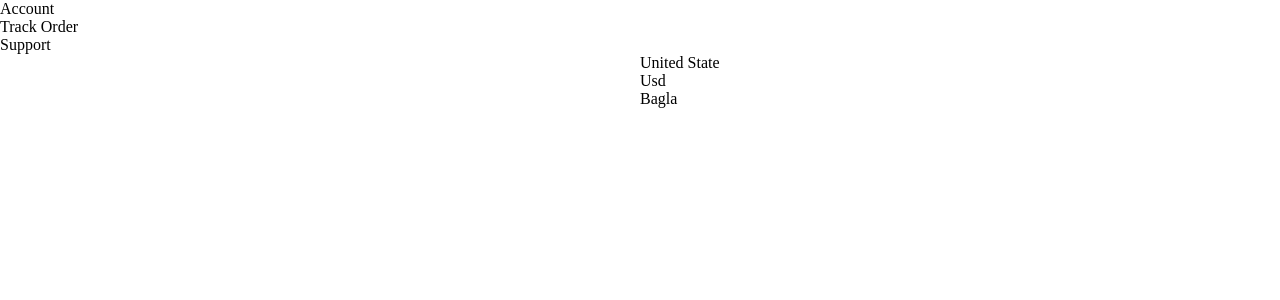
Repository: AbdulRehman787/shopo_ecommerce_web
Page: /
An editor plug-in stored every save of this project. The page is shown before and after the next save, followed by the edit.
The browser window is 1280 px wide. The pictures show the whole page.
The project was rebuilt for these pictures with package versions that can differ from the ones it lists, and the page was loaded fresh each time. Also part of the build but not shown: src/Pages/AboutUs.js, src/Pages/Blog.js, src/Pages/Contact.js.

Above is the page before, as saved 2023-11-27 17:49:14.

### src/App.js
import React from 'react'
import { BrowserRouter,Routes,Route } from 'react-router-dom'
import Home from './Pages/Home';
import AboutUs from './Pages/AboutUs';
import Blog from './Pages/Blog'
import Contact from './Pages/Contact';
const App = () => {
  return (

    <BrowserRouter>
    <Routes >
    <Route  path='/' element={<Home />} />
    <Route  path='/aboutus' element={<AboutUs />} />
    <Route  path='/blog' element={<Blog />} />
    <Route  path='/contact' element={<Contact />} />

    </Routes>
    </BrowserRouter>
  )
}

export default App

### src/Pages/Home.js
import React from 'react'
import Topheader from '../Components/Header/Topheader'
const Home = () => {
  return (
    <>
    <Topheader/>
    </>
  )
}

export default Home

### src/Components/Header/Topheader.js
import React from 'react'
import './style.css'

const one1=[
    {
        name: "Account"
    },
    {
        name: "Track Order"
    }, {
        name: "Support"
    }
]
const one2=[
    {
        name: "United State"
    },
    {
        name: "Usd "
    }, {
        name: "Bagla"
    }
]
const Topheader = () => {
  return (
    <>
    <div class="container">
  <div class="row">
    <div class="col-sm d-flex ">
      {one1.map((curelem,index)=>{
        return (
            <>

            <p className='px-3'>{curelem.name}</p>

            </>
        )
      })}
    </div>
    <div class="col-sm d-flex sam">
      {one2.map((curelem,index)=>{
        return (
            <>

            <p className='px-3 '>{curelem.name}</p>

            </>
        )
      })}
    </div>

  </div>
</div>
    </>
  )
}

export default Topheader

### src/Components/Header/style.css
*{
    margin: 0;
    padding: 0;
}
.sam{
    margin-left: 40rem !important;
}

Loaded but not shown: src/index.js (common file)

After the next save:
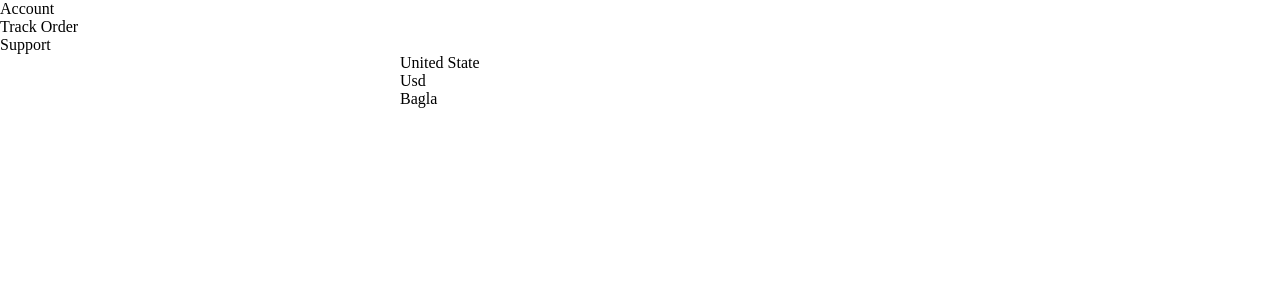
Saved 6 s later.
--- a/src/Components/Header/style.css
+++ b/src/Components/Header/style.css
@@ -3,5 +3,5 @@
     padding: 0;
 }
 .sam{
-    margin-left: 40rem !important;
+    margin-left: 400px !important;
 }
